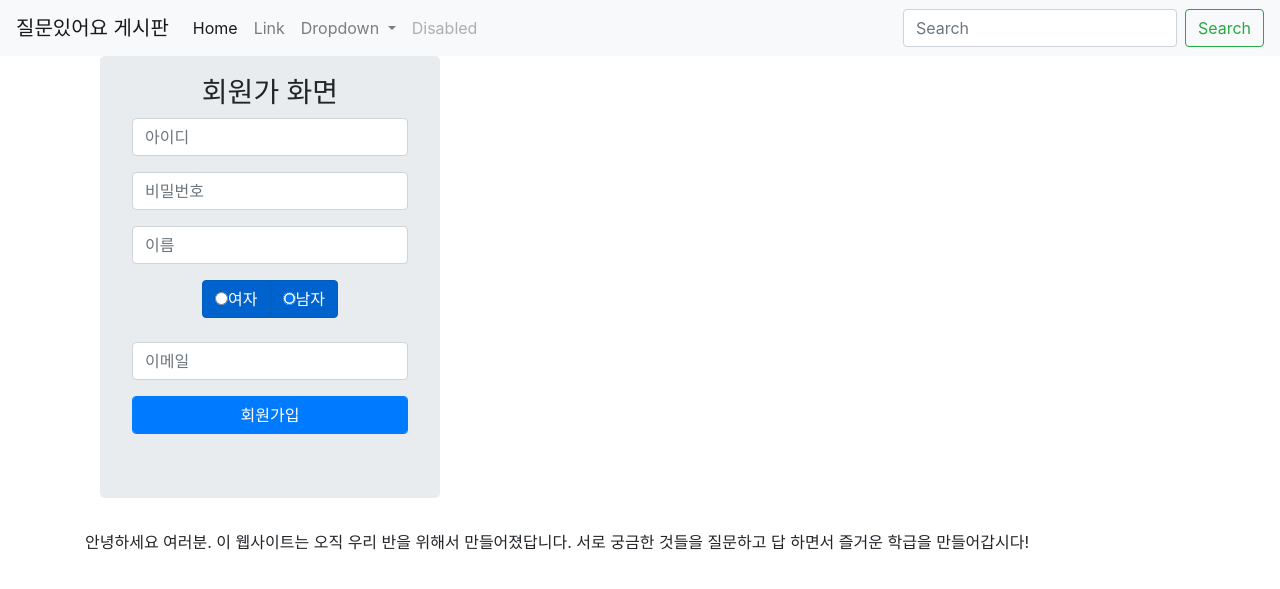
Repository: Munro-L/I-spy-oT__cuHacking-2019
Page: http://localhost/BBS/join.jsp
These files come from the project's save history. The page is drawn as it stood at one moment and after the next save; the edit follows.
The browser window is 1280 px wide. The pictures show the whole page.
The page is served by Tomcat 9.

Above is the page before, as saved 2019-02-01 19:43:19.

After the next save:
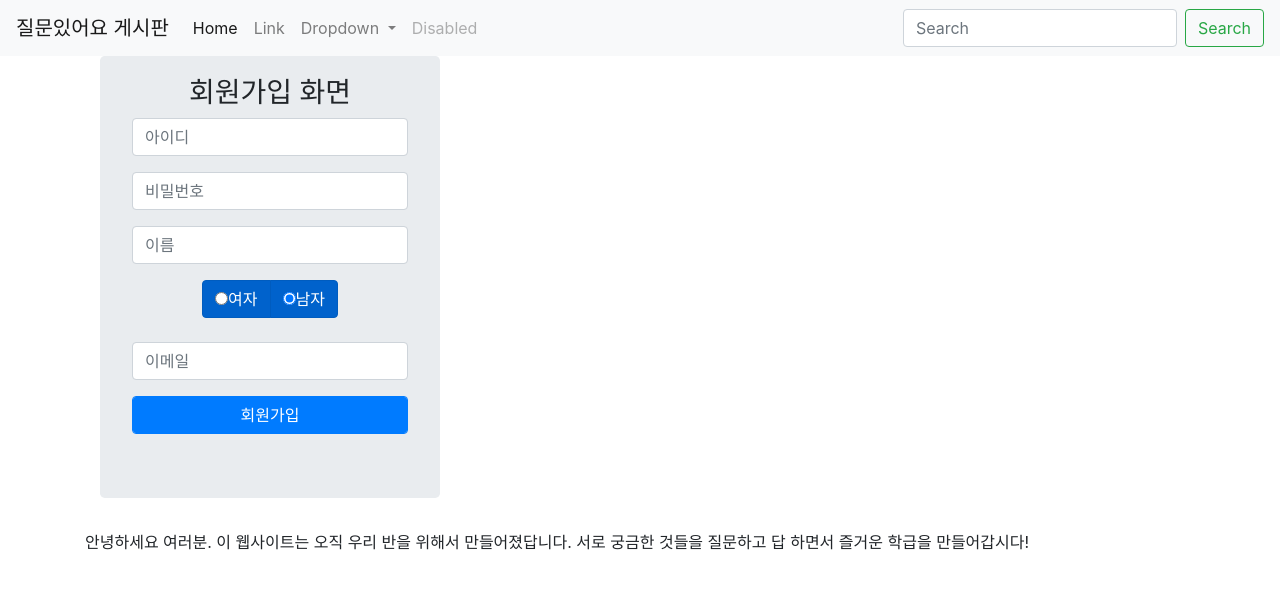
Saved 35 s later.
--- a/BBS-master/projects/BBS/WebContent/join.jsp
+++ b/BBS-master/projects/BBS/WebContent/join.jsp
@@ -49,8 +49,8 @@
 		<div class="col-lg-4"></div>
 		<div class="col-lg-4">
 			<div class="jumbotron" style="padding-top: 20px;">
-				<form method="post" action="loginAction.jsp">
-					<h3 style="text-align:center;">회원가 화면</h3>
+				<form method="post" action="joinAction.jsp">
+					<h3 style="text-align:center;">회원가입 화면</h3>
 					<div class="form-group">
 						<input type="text" class="form-control" placeholder="아이디" name="userID" maxlength="20">
 					</div>
